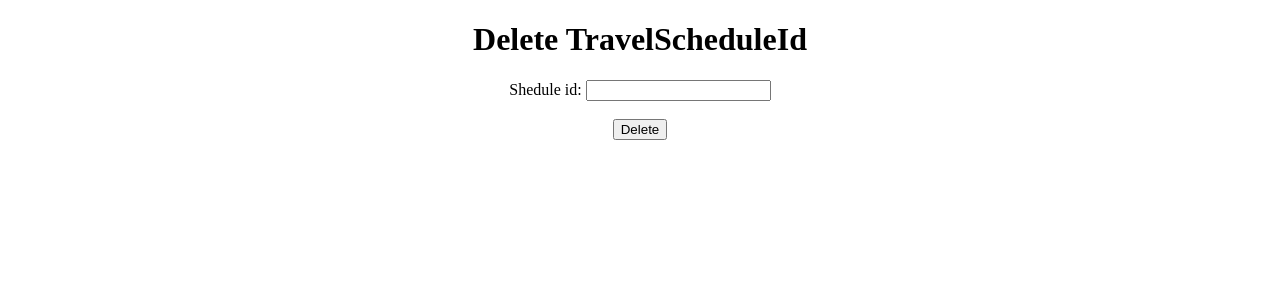
Repository: gummabhargavi/DynWebEjBPoject-AND-server
Page: DynWebEjbBusProject/WebContent/DeleteTravel.html
These files come from the project's save history. The page is drawn as it stood at one moment and after the next save; the edit follows.
The browser window is 1280 px wide. The pictures show the whole page.

Above is the page before, as saved 2022-12-07 12:25:04.

### DynWebEjbBusProject/WebContent/DeleteTravel.html
<!DOCTYPE html>
<html>
<head>
<meta charset="ISO-8859-1">
<title>Insert title here</title>
</head>
<body>
     <form action="DeleteTravelServlet">
     <center>
     <h1>Delete TravelScheduleId</h1>
    Shedule id:
      <input type="text" name="schedule_id" ><br/><br/>
      <input type="submit" value="Delete" >
      </center>

   </form>
</body>
</html>

After the next save:
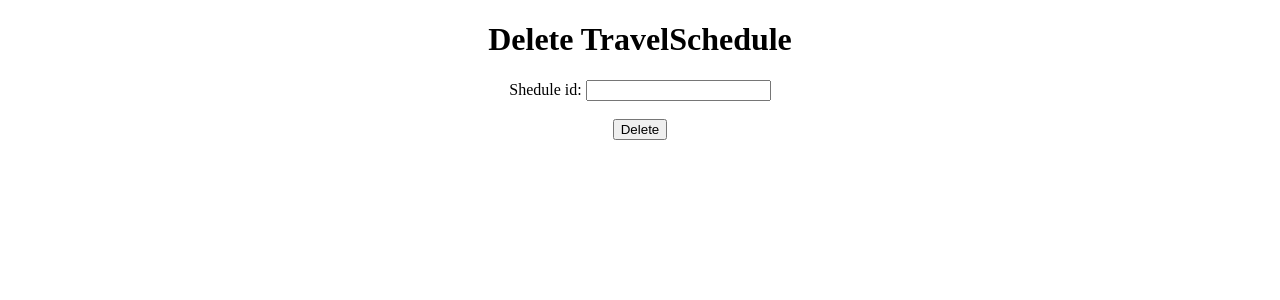
Saved 4 s later.
--- a/DynWebEjbBusProject/WebContent/DeleteTravel.html
+++ b/DynWebEjbBusProject/WebContent/DeleteTravel.html
@@ -7,7 +7,7 @@
 <body>
      <form action="DeleteTravelServlet">
      <center>
-     <h1>Delete TravelScheduleId</h1>
+     <h1>Delete TravelSchedule</h1>
     Shedule id:
       <input type="text" name="schedule_id" ><br/><br/>
       <input type="submit" value="Delete" >
